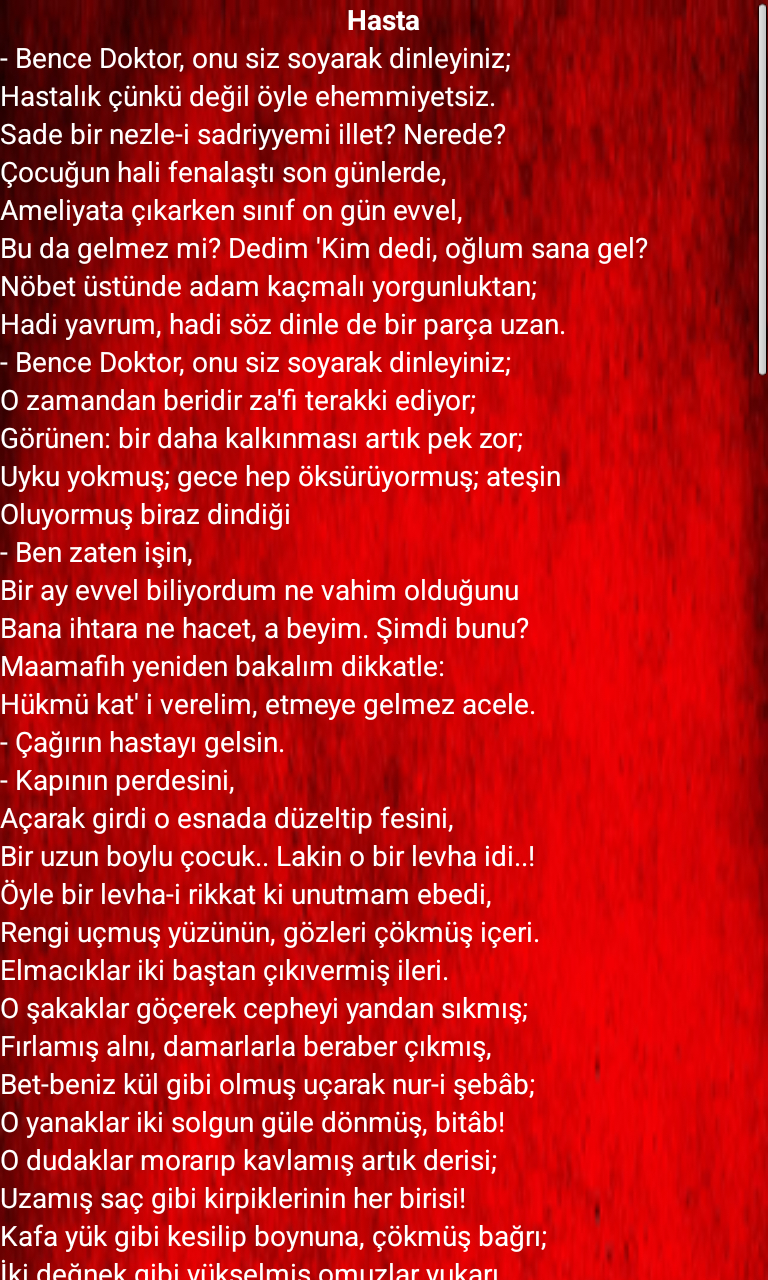
Repository: dokayazilim/Safahat-Android--Uygulamasi
Layout: safahat(android)/Safahat/res/layout/kitap2.xml
These files come from the project's save history. The layout is drawn as it stood at one moment and after the next save; the edit follows.
It is drawn on a 768 x 1280 px phone screen (xhdpi) without system bars, with theme android:Theme; the app's code is not run.

Above is the layout before, as saved 2012-09-05 12:33:20.

After the next save:
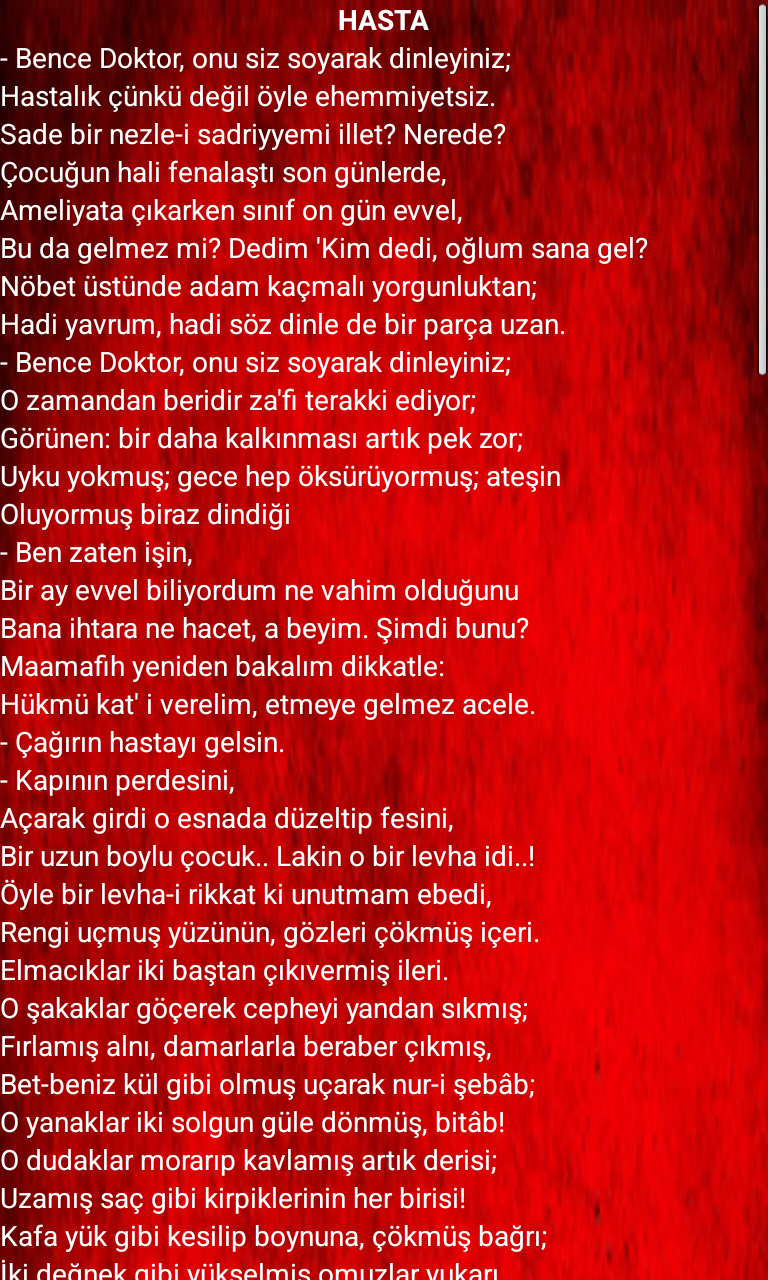
Saved 67 s later.
--- a/safahat(android)/Safahat/res/layout/kitap2.xml
+++ b/safahat(android)/Safahat/res/layout/kitap2.xml
@@ -10,7 +10,7 @@
         android:id="@+id/textView1"
         android:layout_width="wrap_content"
         android:layout_height="wrap_content"
-        android:text="Hasta" android:layout_gravity="center" android:textColor="#ffffff" android:textStyle="bold"/>
+        android:text="HASTA" android:layout_gravity="center" android:textColor="#ffffff" android:textStyle="bold"/>
  <TextView
         android:id="@+id/textView2"
         android:layout_width="wrap_content"
